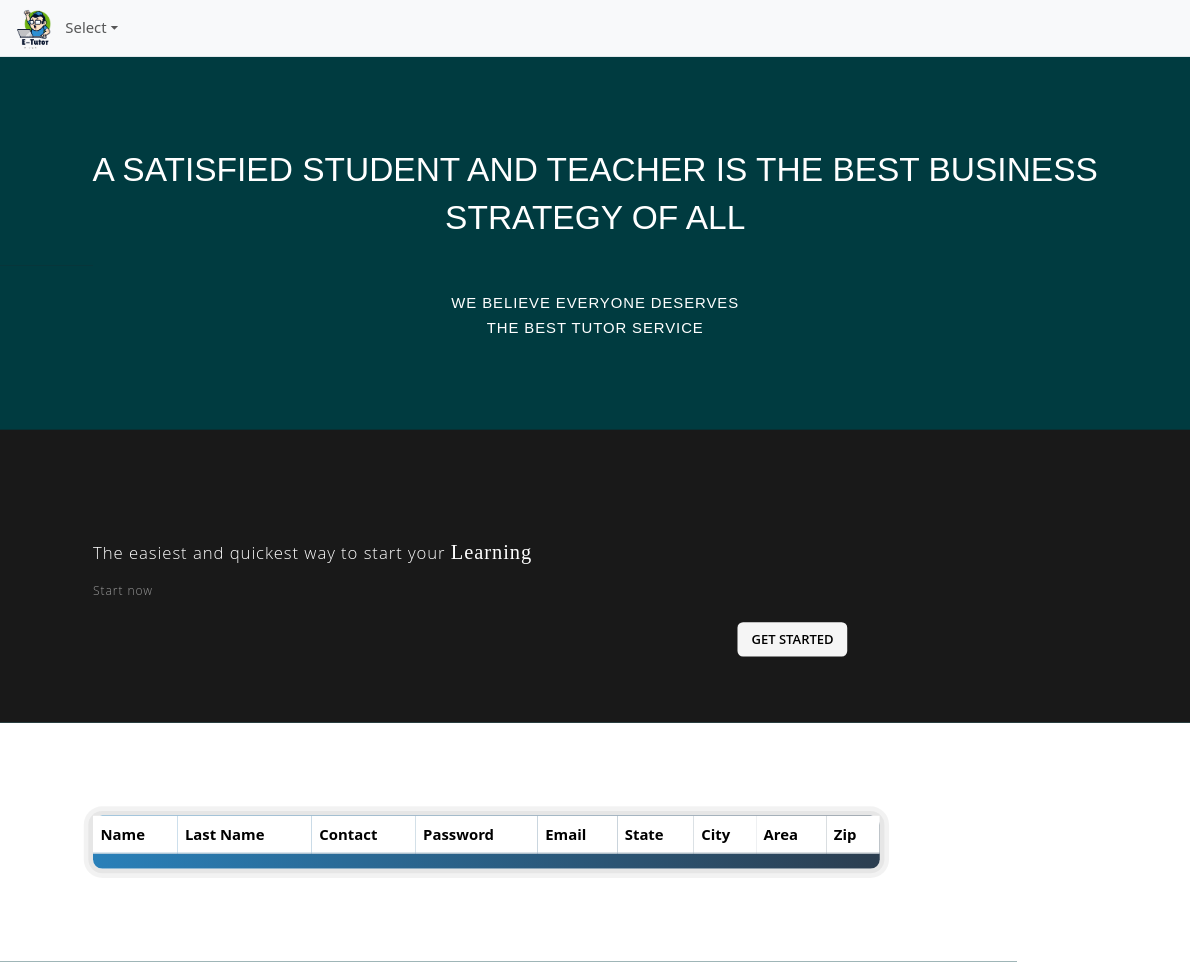
Repository: shailesh89-art/E-tutor-springboot-hibernate
Page: http://localhost/TUTOR_INVENTOR_1/pages/parent_Admin_edit.jsp
These files come from the project's save history. The page is drawn as it stood at one moment and after the next save; the edit follows.
The browser window is 1280 px wide. The pictures show the whole page, at 93% of full size.
Some web libraries are served in a nearby version. The page is served by Tomcat 9. Other server files are loaded and not shown. The template is opened directly, without the code that normally fills it, so the values that code supplies are empty.

Above is the page before, as saved 2023-05-03 14:14:46.

### TUTOR_INVENTOR_1/src/main/webapp/pages/parent_Admin_edit.jsp
<%@ taglib uri="http://www.springframework.org/tags/form" prefix="form"%> <%@ taglib uri="http://java.sun.com/jsp/jstl/core" prefix="c"%>
<!doctype html>
<html lang="en">
  <head>
    <!-- Required meta tags -->
    <meta charset="utf-8">
    <meta name="viewport" content="width=device-width, initial-scale=1, shrink-to-fit=no">

    <!-- Bootstrap CSS -->
      <link href="https://cdn.jsdelivr.net/npm/bootstrap@5.3.0-alpha1/dist/css/bootstrap.min.css" rel="stylesheet" integrity="sha384-GLhlTQ8iRABdZLl6O3oVMWSktQOp6b7In1Zl3/Jr59b6EGGoI1aFkw7cmDA6j6gD" crossorigin="anonymous">
    <script src="https://cdn.jsdelivr.net/npm/bootstrap@5.3.0-alpha1/dist/js/bootstrap.bundle.min.js" integrity="sha384-w76AqPfDkMBDXo30jS1Sgez6pr3x5MlQ1ZAGC+nuZB+EYdgRZgiwxhTBTkF7CXvN" crossorigin="anonymous"></script>
    <link rel="stylesheet" href="https://cdnjs.cloudflare.com/ajax/libs/font-awesome/4.7.0/css/font-awesome.min.css">
    <link rel="icon" type="image/x-icon" href="Assets/imgs/Screenshot_(160)-transformed (1)-fotor-bg-remover-20230423203452.png" >
      <title>Parent Admin</title>
    <style>




     .banner {

            background-size: cover;
            background-repeat: no-repeat;
            background-position: center center;
            width: 100%;
            height: 100%;
              background-color: #00838F;
        }

        .banner .opacity_overlay {
            height: 100%;
            width: 100%;
            background: rgba(0, 0, 0, 0.55);
            padding-top: 100px;
        }

        .banner .opacity_overlay .info {
            text-align: center;
            font-family: 'Montserrat', sans-serif;
        }

        .banner .opacity_overlay .info h2 {
            color: #fff;
            text-transform: uppercase;
            font-size: 36px;
        }

        .banner .opacity_overlay .info hr {
            width: 100px;
            margin-top: 30px;
            margin-bottom: 30px;
        }

        .banner .opacity_overlay .info h3 {
            color: #fff;
            text-transform: uppercase;
            font-size: 16px;
            letter-spacing: 1px;
        }

        .banner .opacity_overlay .secondary_layer {
            background: #191919;
            margin-top: 100px;
            padding-top: 15px;
            padding-bottom: 15px;
            font-family: "Open Sans", Arial, sans-serif;
        }

        .banner .opacity_overlay .secondary_layer .msg {
            font-size: 18px;
            color: #fff;
            font-weight: 300;
            letter-spacing: 1px;
        }

        .banner .opacity_overlay .secondary_layer .msg span {
            font-family: "Shadows Into Light", cursive;
            font-size: 22px;
        }

        .banner .opacity_overlay .secondary_layer .quote {
            font-size: 13px;
            color: #999;
            font-weight: 300;
            letter-spacing: 1px;
        }

        .banner .opacity_overlay .secondary_layer .btn {
            text-decoration: none;
            color: #000;
        }

        .banner .opacity_overlay .secondary_layer .btn button {
            background: #F5F5F5;
            border: none;
            border-radius: 6px;
            padding: 8px 15px;
            text-transform: uppercase;
            font-weight: 600;
            font-size: 14px;
            outline: none;
            transition: background-color 0.2s ease;
        }

        .banner .opacity_overlay .secondary_layer .btn button:hover {
            background: #000;
            color: #fff;
        }

        /* Font size change on browser resize */

        @media screen and (max-width: 991px) {
        .banner .opacity_overlay .info h2 {
            font-size: 30px;
        }
        }

        @media screen and (max-width: 768px) {
        .banner .opacity_overlay .info h2 {
            font-size: 26px;
        }
        }

        @media screen and (max-width: 631px) {
        .banner .opacity_overlay .info h2 {
            font-size: 22px;
        }
        }

        @media screen and (max-width: 534px) {
        .banner .opacity_overlay .info h2 {
            font-size: 20px;
        }
        }

        @media screen and (max-width: 991px) {
        .banner .opacity_overlay .info h3 {
            font-size: 12px;
        }
        }

        @media screen and (max-width: 534px) {
        .banner .opacity_overlay .info h3 {
            font-size: 10px;
        }
        }

        @media screen and (max-width: 768px) {
        .banner .opacity_overlay .secondary_layer .msg {
            font-size: 16px;
        }
        }

        @media screen and (max-width: 534px) {
        .banner .opacity_overlay .secondary_layer .msg {
            font-size: 13px;
        }
        }

        @media screen and (max-width: 768px) {
        .banner .opacity_overlay .secondary_layer .msg span {
            font-size: 18px;
        }
        }

        @media screen and (max-width: 534px) {
        .banner .opacity_overlay .secondary_layer .msg span {
            font-size: 16px;
        }
        }
        /*search button*/




        .advanced{

            text-decoration: none;
            font-size: 15px;
            font-weight: 500;
        }


        .btn-secondary,
        .btn-secondary:focus,
        .btn-secondary:active


         {
            color: #fff;
            background-color: #00838f !important;
            border-color: #00838f !important;
            box-shadow: none;
        }


        .advanced{

            color: #00838f !important;
        }






 .demo{ font-family: 'Noto Sans', sans-serif; }
.panel{
    background: linear-gradient(to right, #2980b9, #2c3e50);
    padding: 0;
    border-radius: 10px;
    border: none;
    box-shadow: 0 0 0 5px rgba(0,0,0,0.05),0 0 0 10px rgba(0,0,0,0.05);
}
.panel .panel-heading{
    padding: 20px 15px;
    border-radius: 10px 10px 0 0;
    margin: 0;
}
.panel .panel-heading .title{
    color: #fff;
    font-size: 28px;
    font-weight: 500;
    text-transform: capitalize;
    line-height: 40px;
    margin: 0;
}
.panel .panel-heading .btn{
    color: rgba(255,255,255,0.5);
    background: transparent;
    font-size: 16px;
    text-transform: capitalize;
    border: 2px solid #fff;
    border-radius: 50px;
    transition: all 0.3s ease 0s;
}
.panel .panel-heading .btn:hover{
    color: #fff;
    text-shadow: 3px 3px rgba(255,255,255,0.2);
}
.panel .panel-heading .form-control{
    color: #fff;
    background-color: transparent;
    width: 35%;
    height: 40px;
    border: 2px solid #fff;
    border-radius: 20px;
    display: inline-block;
    transition: all 0.3s ease 0s;
}
.panel .panel-heading .form-control:focus{
    background-color: rgba(255,255,255,0.2);
    box-shadow: none;
    outline: none;
}
.panel .panel-heading .form-control::placeholder{
    color: rgba(255,255,255,0.5);
    font-size: 15px;
    font-weight: 500;
}
.panel .panel-body{ padding: 0; }
.panel .panel-body .table thead tr th{
    color: #fff;
    background-color: rgba(255, 255, 255, 0.2);
    font-size: 16px;
    font-weight: 500;
    text-transform: uppercase;
    padding: 12px;
    border: none;
}
.panel .panel-body .table tbody tr td{
    color: #fff;
    font-size: 15px;
    padding: 10px 12px;
    vertical-align: middle;
    border: none;
}
.panel .panel-body .table tbody tr:nth-child(even){ background-color: rgba(255,255,255,0.05); }
.panel .panel-body .table tbody .action-list{
    padding: 0;
    margin: 0;
    list-style: none;
}
.panel .panel-body .table tbody .action-list li{
    display: inline-block;
    margin: 0 5px;
}
.panel .panel-body .table tbody .action-list li a{
    color: #fff;
    font-size: 15px;
    position: relative;
    z-index: 1;
    transition: all 0.3s ease 0s;
}
.panel .panel-body .table tbody .action-list li a:hover{ text-shadow: 3px 3px 0 rgba(255,255,255,0.3); }
.panel .panel-body .table tbody .action-list li a:before,
.panel .panel-body .table tbody .action-list li a:after{
    content: attr(data-tip);
    color: #fff;
    background-color: #111;
    font-size: 12px;
    padding: 5px 7px;
    border-radius: 4px;
    text-transform: capitalize;
    display: none;
    transform: translateX(-50%);
    position: absolute;
    left: 50%;
    top: -32px;
    transition: all 0.3s ease 0s;
}
.panel .panel-body .table tbody .action-list li a:after{
    content: '';
    height: 15px;
    width: 15px;
    padding: 0;
    border-radius: 0;
    transform: translateX(-50%) rotate(45deg);
    top: -18px;
    z-index: -1;
}
.panel .panel-body .table tbody .action-list li a:hover:before,
.panel .panel-body .table tbody .action-list li a:hover:after{
    display: block;
}
.panel .panel-footer{
    color: #fff;
    background-color: transparent;
    padding: 15px;
    border: none;
}
.panel .panel-footer .col{ line-height: 35px; }
.pagination{ margin: 0; }
.pagination li a{
    color: #fff;
    background-color: transparent;
    border: 2px solid transparent;
    font-size: 18px;
    font-weight: 500;
    text-align: center;
    line-height: 31px;
    width: 35px;
    height: 35px;
    padding: 0;
    margin: 0 3px;
    border-radius: 50px;
    transition: all 0.3s ease 0s;
}
.pagination li a:hover{
    color: #fff;
    background-color: transparent;
    border-color: rgba(255,255,255,0.2);
}
.pagination li a:focus,
.pagination li.active a,
.pagination li.active a:hover{
    color: #fff;
    background-color: transparent;
    border-color: #fff;
}
.pagination li:first-child a,
.pagination li:last-child a{
    border-radius: 50%;
}
.container{


    padding:60px;
    margin:40px;
}
 #logo{
        width: 4%;
      }
@media only screen and (max-width:767px){
    .panel .panel-heading .title{
        text-align: center;
        margin: 0 0 10px;
    }
    .panel .panel-heading .btn_group{ text-align: center; }
    .container{

        padding: 45px;
    }
     #logo{
        width: 19%;
      }
}







   }
    </style>
  </head>
  <body>
  <nav class="navbar navbar-expand-lg navbar-light bg-light">
        <div class="container-fluid">
           <img  id="logo" src="Assets/imgs/Screenshot_(160)-transformed (1)-fotor-bg-remover-20230423203452.png" alt="">
          <button class="navbar-toggler" type="button" data-bs-toggle="collapse" data-bs-target="#navbarColor03" aria-controls="navbarColor03" aria-expanded="false" aria-label="Toggle navigation">
            <span class="navbar-toggler-icon"></span>
          </button>
          <div class="collapse navbar-collapse" id="navbarColor03">
            <ul class="navbar-nav me-auto">

              <li class="nav-item dropdown">
                <a class="nav-link dropdown-toggle" data-bs-toggle="dropdown" href="#" role="button" aria-haspopup="true" aria-expanded="false">Select</a>
                <div class="dropdown-menu">
                  <a class="dropdown-item" href="ebook_list">book</a>

                  <a class="dropdown-item" href="/parentlogout">Log Out</a>
                  </div>
              </li>

            </ul>
          </div>
        </div>
      </nav>
      <div class="banner">
    	<div class="opacity_overlay">
    		<div class="info">
    			<h2>A satisfied Student and Teacher is the best business</h2>
    			<h2>strategy of all</h2>
    			<hr>
    			<h3>We believe everyone deserves</h3>
    			<h3>The best tutor service</h3>
    		</div>

    		<div class="secondary_layer">
    			<div class="container">
    				<div class="col-md-8 col-sm-6">
    					<p class="msg">The easiest and quickest way to start your <span>Learning</span></p>
    					<p class="quote">Start now</p>
    				</div>
    				<div class="col-md-4 col-sm-6 pull-right">
    					<a href="ebook_list" class="btn" ><button type="submit">Get Started</button></a>

    				</div>
    			</div>
    		</div>

    	</div>
    </div>


   <div class="container">

    <div class="row">
        <div class="col-md-offset-1 col-md-10">
            <div class="panel">

                <div class="panel-body table-responsive">

<table class="table">
<tr>
<th>Name</th>
<th>Last Name</th>
<th>Contact</th>
<th>Password</th>
<th>Email</th>
<th>State</th>
<th>City</th>
<th>Area</th>
<th>Zip</th>
</tr>
<c:forEach  items="${parent}" var="e">
<tr>

<td>${e.fname}</td>
<td>${e.lname}</td>
<td>${e.contact}</td>
<td>${e.pass}</td>
<td>${e.email}</td>
<td>${e.state}</td>
<td>${e.city}</td>
<td>${e.area}</td>
<td>${e.zip}</td>
<td>

  <a href="edit_parent?id=${e.id}"><i class='fa fa-edit' style="color:blue"></i></a> |
          <a href="delete_parentfirst?id=${e.id}"><i class="fa fa-trash" style="color:blue"></i></a>
        </td>
</tr>
</c:forEach>
</table>
</div>
</div>
</div>
</div>
</div>

 <script src="https://code.jquery.com/jquery-3.2.1.slim.min.js" integrity="sha384-KJ3o2DKtIkvYIK3UENzmM7KCkRr/rE9/Qpg6aAZGJwFDMVNA/GpGFF93hXpG5KkN" crossorigin="anonymous"></script>
    <script src="https://cdn.jsdelivr.net/npm/popper.js@1.12.9/dist/umd/popper.min.js" integrity="sha384-ApNbgh9B+Y1QKtv3Rn7W3mgPxhU9K/ScQsAP7hUibX39j7fakFPskvXusvfa0b4Q" crossorigin="anonymous"></script>
    <script src="https://cdn.jsdelivr.net/npm/bootstrap@4.0.0/dist/js/bootstrap.min.js" integrity="sha384-JZR6Spejh4U02d8jOt6vLEHfe/JQGiRRSQQxSfFWpi1MquVdAyjUar5+76PVCmYl" crossorigin="anonymous"></script>
</body>

After the next save:
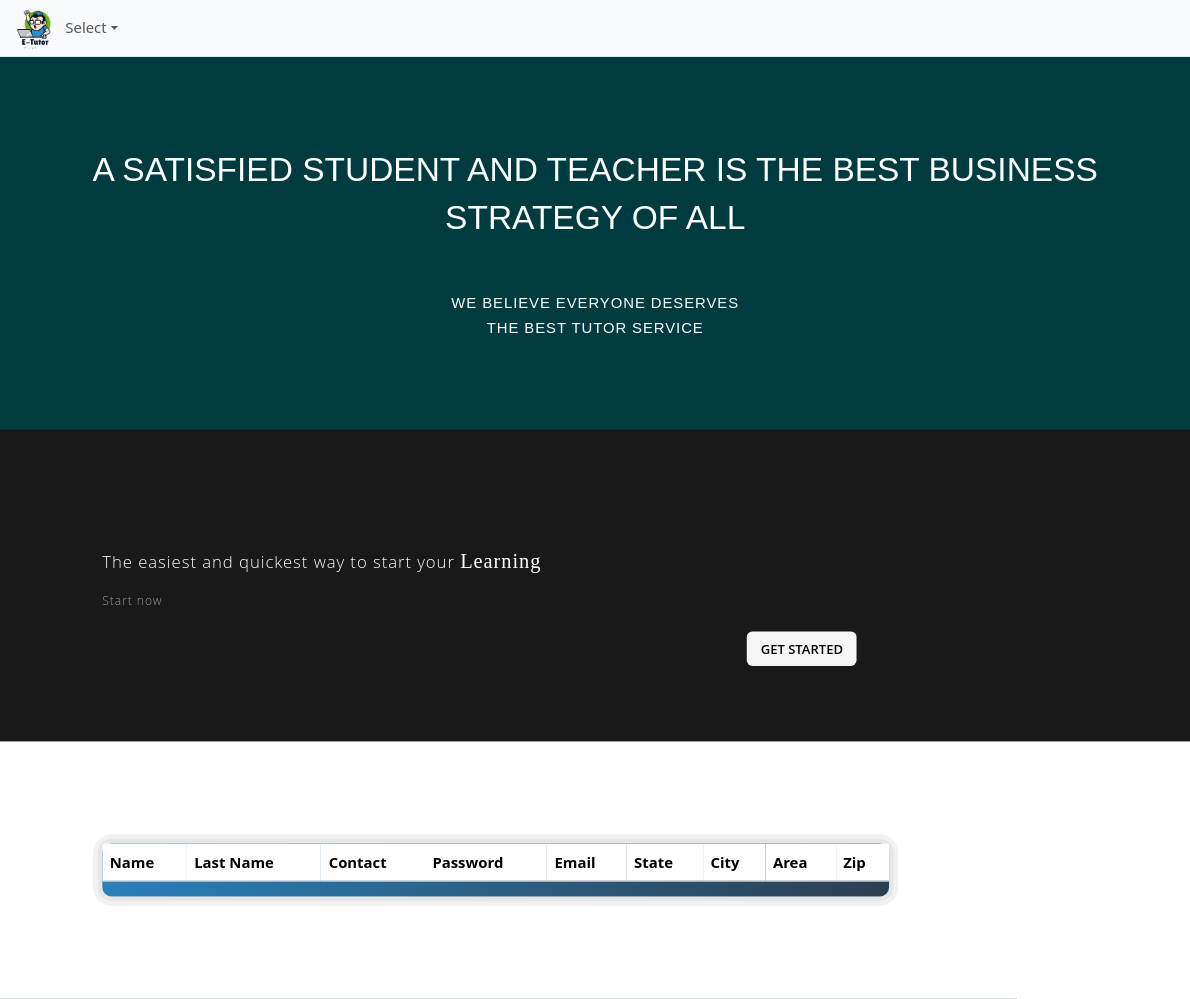
Saved 12 s later.
--- a/TUTOR_INVENTOR_1/src/main/webapp/pages/parent_Admin_edit.jsp
+++ b/TUTOR_INVENTOR_1/src/main/webapp/pages/parent_Admin_edit.jsp
@@ -366,7 +366,7 @@
 
 
     padding:60px;
-    margin:40px;
+    margin:50px;
 }
  #logo{
         width: 4%;
